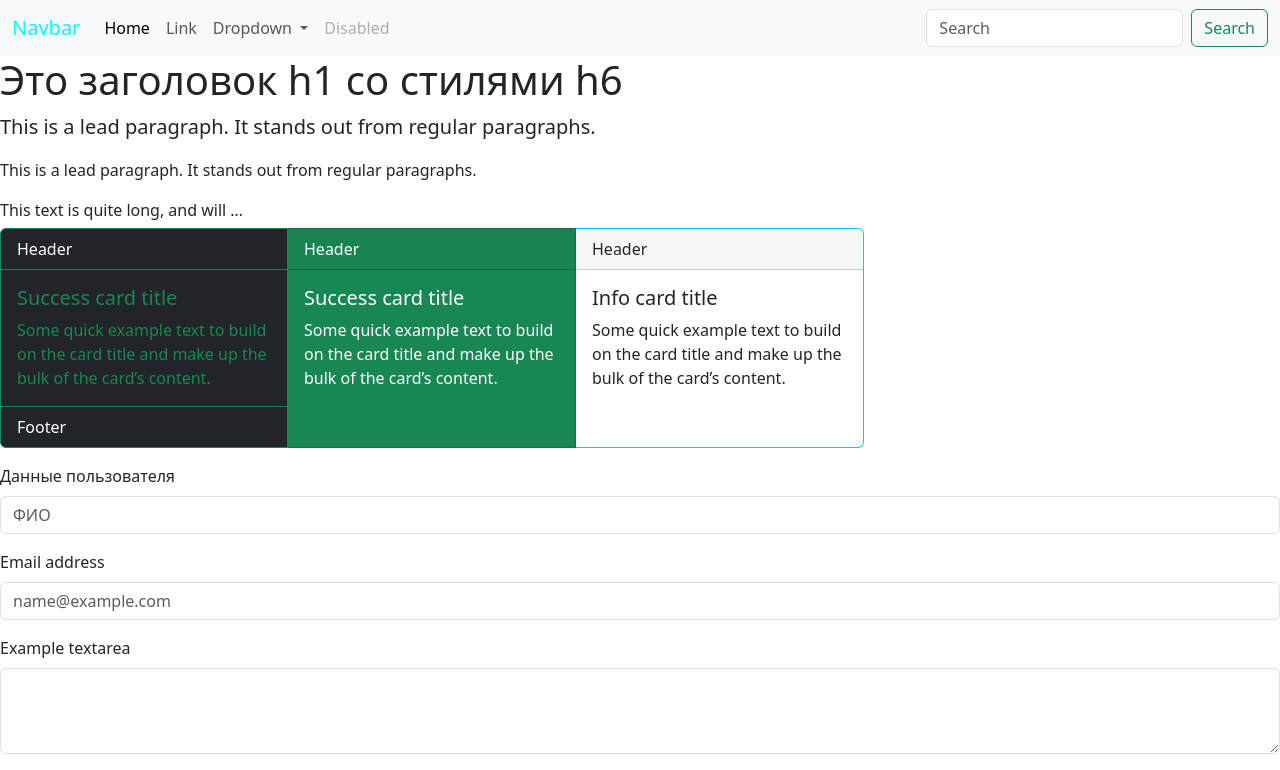
Repository: archangel88/elbrus_homework
Page: phase-0/week-3/day-5/css-bootstrap/index.html
An editor plug-in stored every save of this project. The page is shown before and after the next save, followed by the edit.
The browser window is 1280 px wide. The pictures show the whole page.

Above is the page before, as saved 2025-10-10 22:55:51.

After the next save:
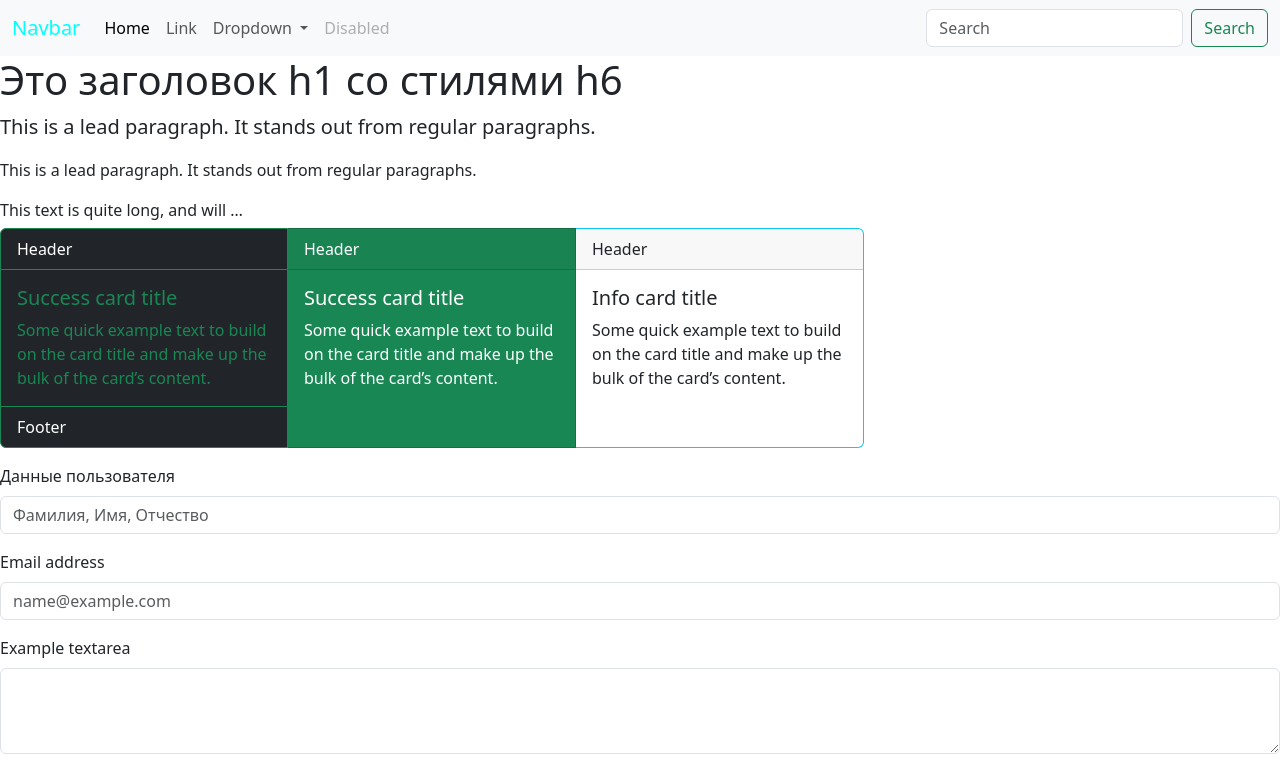
Saved 29 s later.
--- a/phase-0/week-3/day-5/css-bootstrap/index.html
+++ b/phase-0/week-3/day-5/css-bootstrap/index.html
@@ -129,7 +129,7 @@
         type="text"
         class="form-control"
         id="exampleFormControlInput1"
-        placeholder="ФИО"
+        placeholder="Фамилия, Имя, Отчество"
       />
     </div>
     <div class="mb-3">
